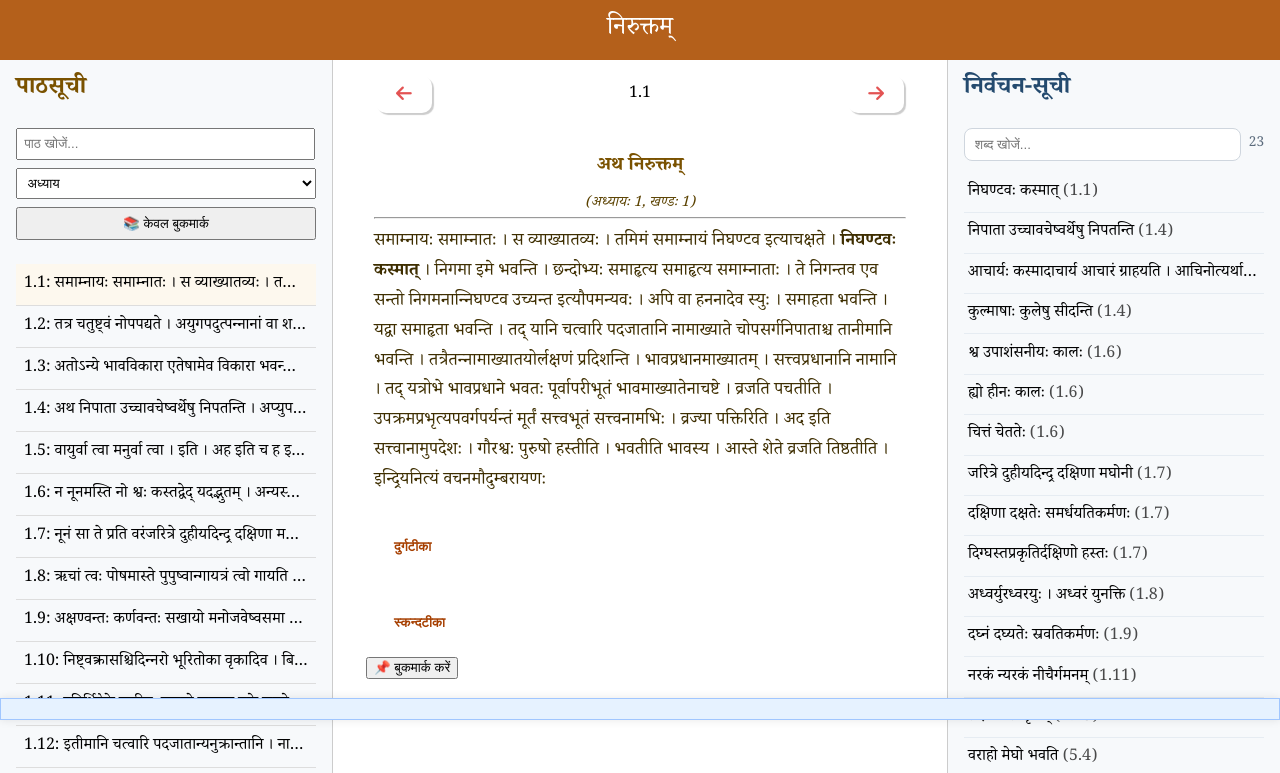
Repository: sanskritsphere/Niruktam
Page: index.html
The author's editor kept a copy of each file at every save. The page is drawn from the files as they stood at one save, then again after the next save.
The browser window is 1280 px wide. The pictures show the whole page.
Some web fonts or font styles are not loaded; a fallback is used.

Above is the page before, as saved 2025-11-11 03:34:56.

After the next save:
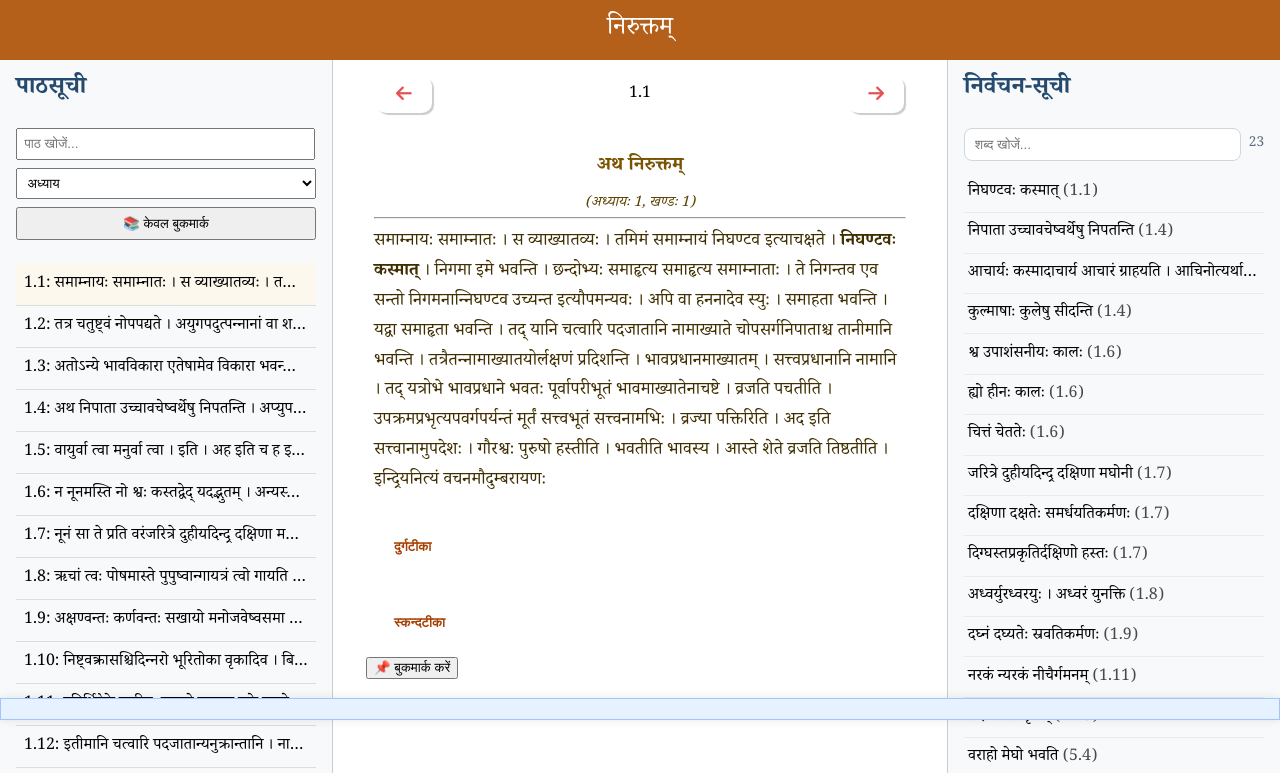
Saved 4 h 25 min later.
--- a/style.css
+++ b/style.css
@@ -44,7 +44,7 @@ aside:not(#markSidebar) {
 }
 aside:not(#markSidebar) h2 {
   margin-top: 0;
-  color: #7a5200;
+  color: #244a6e;
 }
 #searchInput, #filterAdhyay, #filterPaad, #filterBookmarked {
   width: 100%;
